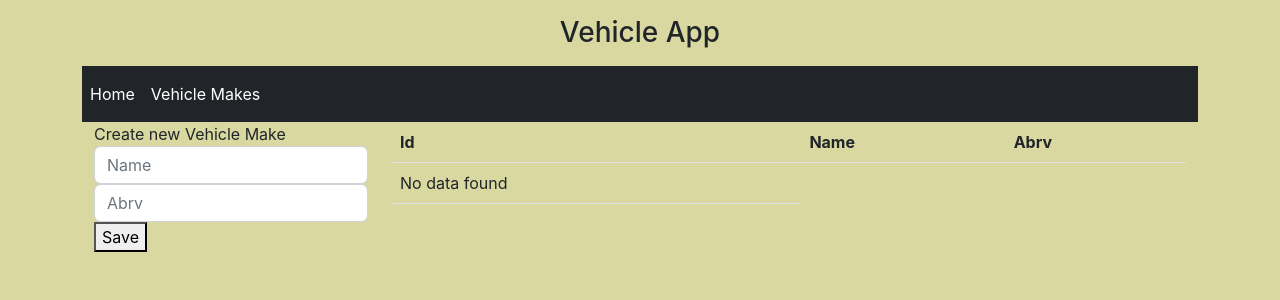
Repository: magdalenarajic/VehicleFrontend
Page: /Makes
These files come from the project's save history. The page is drawn as it stood at one moment and after the next save; the edit follows.
The browser window is 1280 px wide. The pictures show the whole page.
The page's requests for data from a server got no answer. The project was rebuilt for these pictures with package versions that can differ from the ones it lists, and the page was loaded fresh each time. No one was signed in, and anything a server would have sent is missing. Also part of the build but not shown: src/App.css, src/components/Home.js.

Above is the page before, as saved 2023-03-09 10:37:46.

### public/index.html
<!DOCTYPE html>
<html lang="en">
  <head>
    <meta charset="utf-8" />
    <link rel="icon" href="%PUBLIC_URL%/favicon.ico" />
    <meta name="viewport" content="width=device-width, initial-scale=1" />
    <meta name="theme-color" content="#000000" />
    <meta
      name="description"
      content="Web site created using create-react-app"
    />
    <link rel="apple-touch-icon" href="%PUBLIC_URL%/logo192.png" />
    <!--
      manifest.json provides metadata used when your web app is installed on a
      user's mobile device or desktop. See https://developers.google.com/web/fundamentals/web-app-manifest/
    -->
    <link rel="manifest" href="%PUBLIC_URL%/manifest.json" />
    <!--
      Notice the use of %PUBLIC_URL% in the tags above.
      It will be replaced with the URL of the `public` folder during the build.
      Only files inside the `public` folder can be referenced from the HTML.

      Unlike "/favicon.ico" or "favicon.ico", "%PUBLIC_URL%/favicon.ico" will
      work correctly both with client-side routing and a non-root public URL.
      Learn how to configure a non-root public URL by running `npm run build`.
    -->
    <link
  rel="stylesheet"
  href="https://cdn.jsdelivr.net/npm/bootstrap@5.2.3/dist/css/bootstrap.min.css"
  integrity="sha384-rbsA2VBKQhggwzxH7pPCaAqO46MgnOM80zW1RWuH61DGLwZJEdK2Kadq2F9CUG65"
  crossorigin="anonymous"
/>
    <title>React App</title>
  </head>
  <body>
    <noscript>You need to enable JavaScript to run this app.</noscript>
    <div id="root"></div>
    <!--
      This HTML file is a template.
      If you open it directly in the browser, you will see an empty page.

      You can add webfonts, meta tags, or analytics to this file.
      The build step will place the bundled scripts into the <body> tag.

      To begin the development, run `npm start` or `yarn start`.
      To create a production bundle, use `npm run build` or `yarn build`.
    -->
  </body>
</html>

### src/index.css
body {
  background-color: rgb(216, 216, 160);
  font-family: -apple-system, BlinkMacSystemFont, 'Segoe UI', 'Roboto', 'Oxygen',
    'Ubuntu', 'Cantarell', 'Fira Sans', 'Droid Sans', 'Helvetica Neue',
    sans-serif;
  -webkit-font-smoothing: antialiased;
  -moz-osx-font-smoothing: grayscale;
}

code {
  font-family: source-code-pro, Menlo, Monaco, Consolas, 'Courier New',
    monospace;
}

### src/App.js
import './App.css';
import { Home } from './components/Home';
import VehicleMake  from './components/VehicleMake';
import {Navigation} from './components/Navigation';

import {BrowserRouter, Route, Routes} from 'react-router-dom';

function App() {
  return (
    <BrowserRouter>
    <div className='container'>
    <header>
      <h3 className="m-3 d-flex justify-content-center">
        Vehicle App
      </h3>
      </header>
      <div>
      <Navigation/>
       <Routes>
        <Route path='/' element={<Home/>} />
        <Route path='/Makes' element={<VehicleMake/>} />
       </Routes>
    </div>
    </div>
    </BrowserRouter>
  );
}

export default App;

### src/components/VehicleMake.js
import React, { useEffect, useState} from "react";
import { Observer } from "mobx-react";
import makeStore from "../stores/makeStore";
import { Container, Table, Col , Row} from "react-bootstrap";


const MakeList = () => {

  const [name, setName] = useState("");
  const [abrv, setAbrv] = useState("");

    useEffect(() => {
        makeStore.getData();

      }, []);

    const deleteData = (id) => {
          makeStore.deleteData(id);
      };

    const saveData = () => {
        makeStore.createData(abrv,name);
        setName(" ");
        setAbrv(" ");
        window.location.reload(true);
      };


    return (
        <Observer>
        {() => (
          <><Container>
            <Row>
              <Col md="auto">
          <label> Create new Vehicle Make</label>
               <input
                  type={"text"}
                  className="form-control"
                  placeholder="Name"
                  value={name}
                  onChange={(e) => setName(e.target.value)}
                ></input>
                <input
                  type={"text"}
                  className="form-control"
                  placeholder="Abrv"
                  value={abrv}
                  onChange={(e) => setAbrv(e.target.value)}
                ></input>
              <Col><button className="create-button" onClick={() => saveData()}>Save</button></Col>
          <br></br>
          </Col>
          <Col >
          <Table>
              <thead>
                <tr>
                  <th> Id </th>
                  <th> Name</th>
                  <th> Abrv</th>
                </tr>
              </thead>
              <tbody>
                {makeStore.vehicleData && makeStore.vehicleData.length > 0 ? (
                  makeStore.vehicleData.map((make, index) => {
                    return (
                      <tr key={index}>
                        <td>{make.Id}</td>
                        <td>{make.Name}</td>
                        <td>{make.Abrv}</td>
                        <td>
                          <button className="delete-btn" onClick={() => deleteData(make.Id)}>
                            Delete
                          </button>
                        </td>
                      </tr>
                    );
                  })
                ) : (<tr><td>No data found</td></tr>)}
              </tbody>
            </Table>
            </Col>
            </Row>
            </Container>
            </>
        )}
        </Observer>
      )
};

export default MakeList;

### src/components/Navigation.js
import React, {Component} from 'react';
import {Navbar,Nav} from 'react-bootstrap';

export class Navigation extends Component{

    render(){
          return(
            <Navbar bg="dark" variant="dark" >
            <Nav variant="pills">
                <Nav.Link className="d-inline p-2 text-white " href="/" >
                    Home
                </Nav.Link>
                <Nav.Link className="d-inline p-2 text-white" href="/makes" >
                    Vehicle Makes
                </Nav.Link>
            </Nav>
           </Navbar>
          )
    }
}

### src/stores/makeStore.js
import { observable, action, makeObservable } from "mobx";
import makeService from "../services/makeService";

class MakeStore {
  constructor() {
    makeObservable(this, {
      status: observable,
      vehicleData: observable,
      getData: action,
      createData: action,
      deleteData: action,
      updateData: action,
    });
  }

  status = "initial";
  vehicleData = [];

  getData = () => {
    makeService
      .getVehicleMakes()
      .then((result) => {
        this.vehicleData = result.data;
      })
      .catch((error) => {
        console.log(error);
        this.status = "error";
      });
  };

  createData = (abrv, name) => {
    const vehicleData = { Abrv: abrv, Name: name };

    makeService.postVehicleMake(vehicleData).then((response) => {
      if (response.body === true) {
        this.status = "success";
        this.getData();
      }
    });
  };

  deleteData = (id) => {
    makeService.deleteVehicleMake(id).then((response) => {
      this.getData();
    });
  };

  updateData = (abrv, name, id) => {
    const vehicleData = { Abrv: abrv, Name: name };
    makeService.putVehicleMake(id, vehicleData).then((response) => {
      if (response.status === 200) {
        this.status = "success";
        this.getData();
      }
    });
  };
}

const makeStore = new MakeStore();
export default makeStore;

### src/services/makeService.js
import axios from "axios";

const errorHandler = (error) => {
  console.log(error);
};

const baseUrl = "https://localhost:44304/api/VehicleMakes"

class MakeService {
  getVehicleMakes = () => {
    return axios.get(`${baseUrl}`).catch(errorHandler);
  };


  item = {
    Name: " ",
    Abrv: " "
  };
  postVehicleMake = (item) => {
    return axios.post(`${baseUrl}`, item).catch(errorHandler);
  };


  deleteVehicleMake = (id) => {
    return axios.delete(`${baseUrl}/${id}/`)
    .catch(errorHandler);
  };

  putVehicleMake = (id,item) => {
    axios.put(`${baseUrl}/${id}`, item).catch(errorHandler);
  };

}
const makeService = new MakeService();
export default makeService;
// testing -- getVehicleMakes().then((result) => console.log(result));

Loaded but not shown: src/index.js (common file); src/reportWebVitals.js (common file)

After the next save:
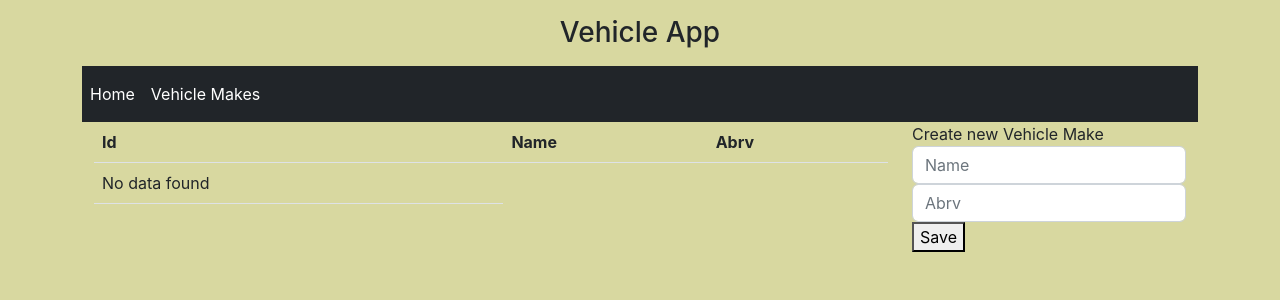
Saved 80 s later.
--- a/src/components/VehicleMake.js
+++ b/src/components/VehicleMake.js
@@ -31,25 +31,6 @@ const MakeList = () => {
         {() => (
           <><Container>
             <Row>
-              <Col md="auto">
-          <label> Create new Vehicle Make</label>
-               <input
-                  type={"text"}
-                  className="form-control"
-                  placeholder="Name"
-                  value={name}
-                  onChange={(e) => setName(e.target.value)}
-                ></input>
-                <input
-                  type={"text"}
-                  className="form-control"
-                  placeholder="Abrv"
-                  value={abrv}
-                  onChange={(e) => setAbrv(e.target.value)}
-                ></input>
-              <Col><button className="create-button" onClick={() => saveData()}>Save</button></Col>
-          <br></br>
-          </Col>
           <Col >
           <Table>
               <thead>
@@ -79,6 +60,25 @@ const MakeList = () => {
               </tbody>
             </Table>
             </Col>
+            <Col md="auto">
+          <label> Create new Vehicle Make</label>
+               <input
+                  type={"text"}
+                  className="form-control"
+                  placeholder="Name"
+                  value={name}
+                  onChange={(e) => setName(e.target.value)}
+                ></input>
+                <input
+                  type={"text"}
+                  className="form-control"
+                  placeholder="Abrv"
+                  value={abrv}
+                  onChange={(e) => setAbrv(e.target.value)}
+                ></input>
+              <Col><button className="create-button" onClick={() => saveData()}>Save</button></Col>
+          <br></br>
+          </Col>
             </Row>
             </Container>
             </>
